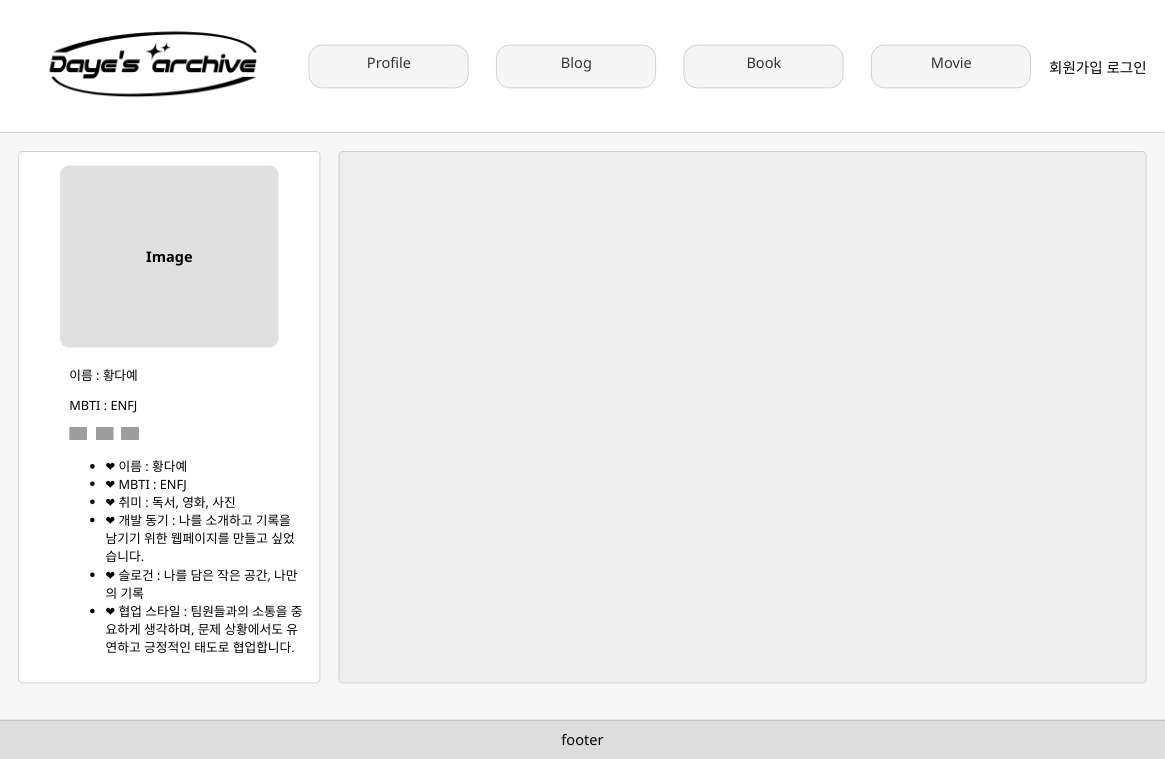
Repository: HWANG-DAYE/spring_project
Page: http://localhost/daye_archive/WEB-INF/views/main.jsp
The author's editor kept a copy of each file at every save. The page is drawn from the files as they stood at one save, then again after the next save.
The browser window is 1280 px wide. The pictures show the whole page, at 91% of full size.
Pictures or frames that could not be fetched are drawn as grey boxes. The page is served by Tomcat 9. Nobody is signed in. The template is opened directly, without the code that normally fills it, so the values that code supplies are empty.

Above is the page before, as saved 2025-08-06 06:42:35.

After the next save:
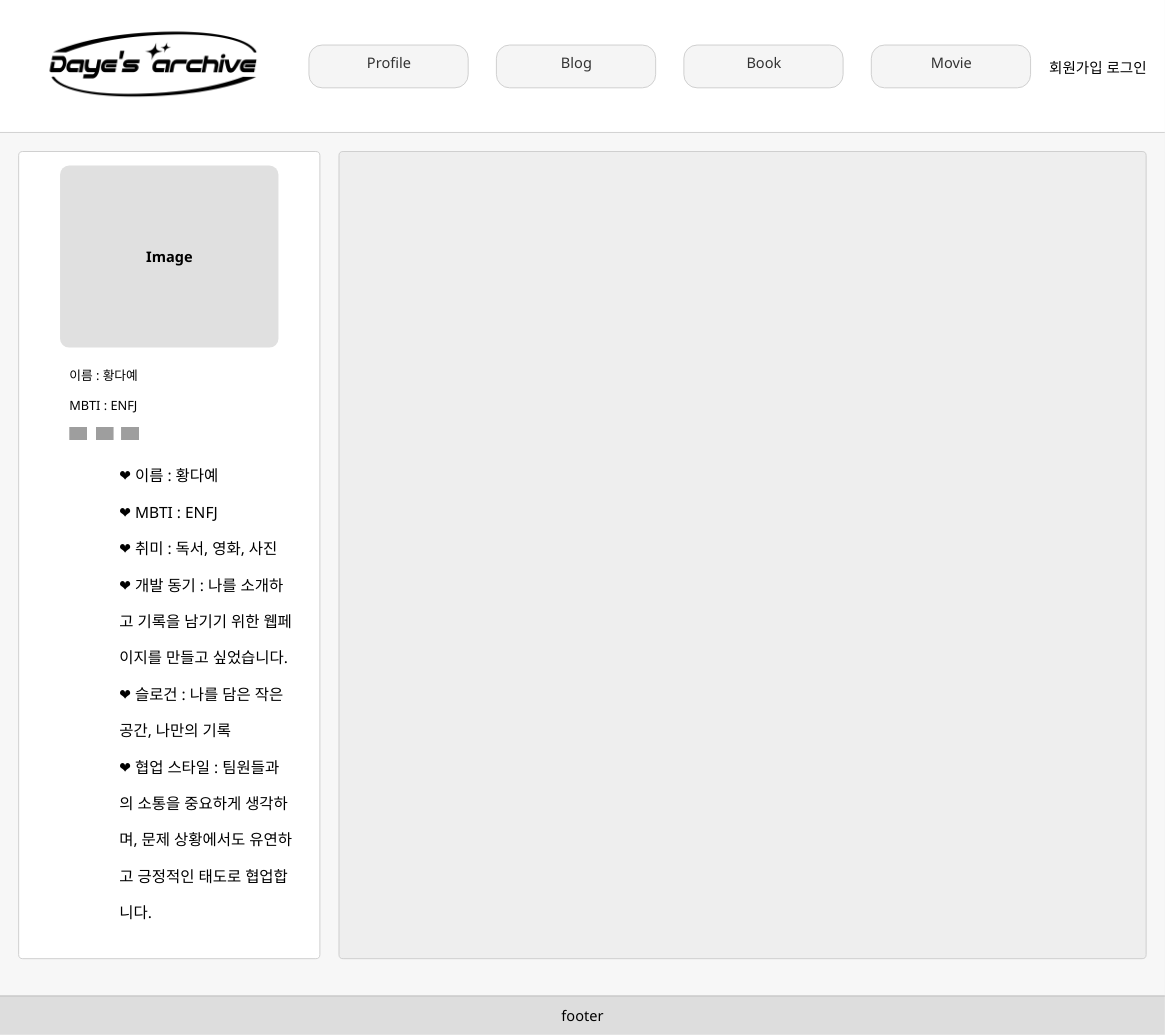
Saved 33 s later.
--- a/daye_archive/src/main/webapp/WEB-INF/views/main.jsp
+++ b/daye_archive/src/main/webapp/WEB-INF/views/main.jsp
@@ -66,15 +66,16 @@ header {
 	width: 20px;
 	margin-right: 5px;
 }
-.profile .ul {
+.profile ul {
   list-style: none;
   margin: 15px;
 }
 
-.profile .li {
+.profile li {
   font-size: 17px;
   line-height: 40px;
 }
+
 .content {
 	flex: 1;
 	background-color: #eeeeee;
